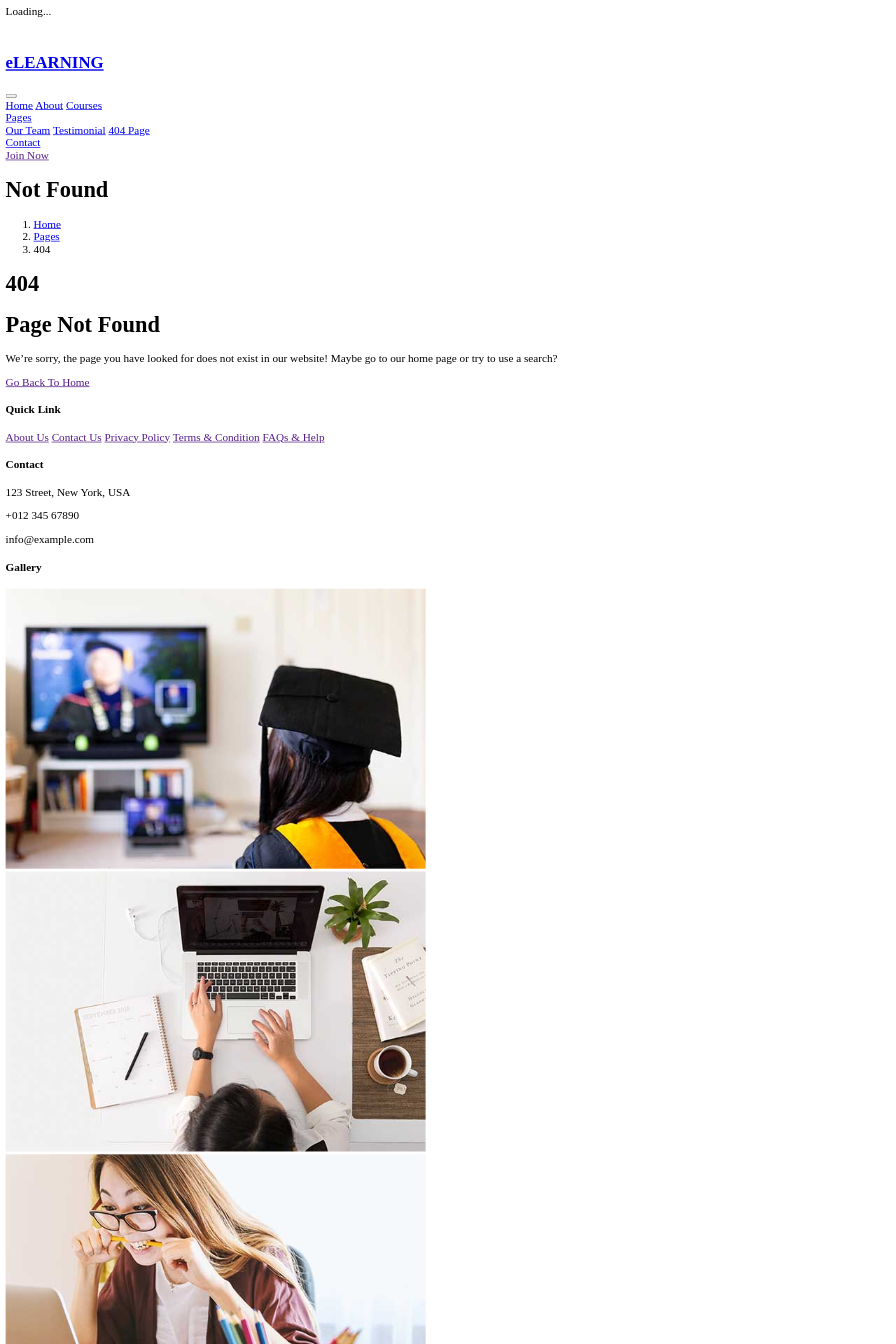
Repository: Arumugam2002/ARUMUGAM-TOPS-DAILY-TASKS
Page: http://localhost/404
An editor plug-in stored every save of this project. The page is shown before and after the next save, followed by the edit.
The browser window is 1280 px wide. The pictures show the part of the page from y = 0 to 1920 px (the page is 3460 px tall before and 1441 px after), at 70% of full size.
Some web fonts or font styles are not loaded; a fallback is used. Some web libraries are served in a nearby version. The page is this project's Thymeleaf template; nobody is signed in. The template is opened directly, without the code that normally fills it, so the values that code supplies are empty.

Above is the page before, as saved 2024-07-16 06:21:11.

### Java SpringBoot/Spring_Eclipse/SpringwithTemplate/src/main/resources/templates/404.html
<!DOCTYPE html>
<html lang="en">



<body>
    <!-- Spinner Start -->
    <div id="spinner" class="show bg-white position-fixed translate-middle w-100 vh-100 top-50 start-50 d-flex align-items-center justify-content-center">
        <div class="spinner-border text-primary" style="width: 3rem; height: 3rem;" role="status">
            <span class="sr-only">Loading...</span>
        </div>
    </div>
    <!-- Spinner End -->


    <!-- Navbar Start -->
    <nav class="navbar navbar-expand-lg bg-white navbar-light shadow sticky-top p-0">
        <a href="index.html" class="navbar-brand d-flex align-items-center px-4 px-lg-5">
            <h2 class="m-0 text-primary"><i class="fa fa-book me-3"></i>eLEARNING</h2>
        </a>
        <button type="button" class="navbar-toggler me-4" data-bs-toggle="collapse" data-bs-target="#navbarCollapse">
            <span class="navbar-toggler-icon"></span>
        </button>
        <div class="collapse navbar-collapse" id="navbarCollapse">
            <div class="navbar-nav ms-auto p-4 p-lg-0">
                <a href="index.html" class="nav-item nav-link">Home</a>
                <a href="about.html" class="nav-item nav-link">About</a>
                <a href="courses.html" class="nav-item nav-link">Courses</a>
                <div class="nav-item dropdown">
                    <a href="#" class="nav-link dropdown-toggle active" data-bs-toggle="dropdown">Pages</a>
                    <div class="dropdown-menu fade-down m-0">
                        <a href="team.html" class="dropdown-item">Our Team</a>
                        <a href="testimonial.html" class="dropdown-item">Testimonial</a>
                        <a href="404.html" class="dropdown-item active">404 Page</a>
                    </div>
                </div>
                <a href="contact.html" class="nav-item nav-link">Contact</a>
            </div>
            <a href="" class="btn btn-primary py-4 px-lg-5 d-none d-lg-block">Join Now<i class="fa fa-arrow-right ms-3"></i></a>
        </div>
    </nav>
    <!-- Navbar End -->


    <!-- Header Start -->
    <div class="container-fluid bg-primary py-5 mb-5 page-header">
        <div class="container py-5">
            <div class="row justify-content-center">
                <div class="col-lg-10 text-center">
                    <h1 class="display-3 text-white animated slideInDown">Not Found</h1>
                    <nav aria-label="breadcrumb">
                        <ol class="breadcrumb justify-content-center">
                            <li class="breadcrumb-item"><a class="text-white" href="#">Home</a></li>
                            <li class="breadcrumb-item"><a class="text-white" href="#">Pages</a></li>
                            <li class="breadcrumb-item text-white active" aria-current="page">404</li>
                        </ol>
                    </nav>
                </div>
            </div>
        </div>
    </div>
    <!-- Header End -->


    <!-- 404 Start -->
    <div class="container-xxl py-5 wow fadeInUp" data-wow-delay="0.1s">
        <div class="container text-center">
            <div class="row justify-content-center">
                <div class="col-lg-6">
                    <i class="bi bi-exclamation-triangle display-1 text-primary"></i>
                    <h1 class="display-1">404</h1>
                    <h1 class="mb-4">Page Not Found</h1>
                    <p class="mb-4">We’re sorry, the page you have looked for does not exist in our website! Maybe go to our home page or try to use a search?</p>
                    <a class="btn btn-primary rounded-pill py-3 px-5" href="">Go Back To Home</a>
                </div>
            </div>
        </div>
    </div>
    <!-- 404 End -->


    <!-- Footer Start -->
    <div class="container-fluid bg-dark text-light footer pt-5 mt-5 wow fadeIn" data-wow-delay="0.1s">
        <div class="container py-5">
            <div class="row g-5">
                <div class="col-lg-3 col-md-6">
                    <h4 class="text-white mb-3">Quick Link</h4>
                    <a class="btn btn-link" href="">About Us</a>
                    <a class="btn btn-link" href="">Contact Us</a>
                    <a class="btn btn-link" href="">Privacy Policy</a>
                    <a class="btn btn-link" href="">Terms & Condition</a>
                    <a class="btn btn-link" href="">FAQs & Help</a>
                </div>
                <div class="col-lg-3 col-md-6">
                    <h4 class="text-white mb-3">Contact</h4>
                    <p class="mb-2"><i class="fa fa-map-marker-alt me-3"></i>123 Street, New York, USA</p>
                    <p class="mb-2"><i class="fa fa-phone-alt me-3"></i>+012 345 67890</p>
                    <p class="mb-2"><i class="fa fa-envelope me-3"></i>info@example.com</p>
                    <div class="d-flex pt-2">
                        <a class="btn btn-outline-light btn-social" href=""><i class="fab fa-twitter"></i></a>
                        <a class="btn btn-outline-light btn-social" href=""><i class="fab fa-facebook-f"></i></a>
                        <a class="btn btn-outline-light btn-social" href=""><i class="fab fa-youtube"></i></a>
                        <a class="btn btn-outline-light btn-social" href=""><i class="fab fa-linkedin-in"></i></a>
                    </div>
                </div>
                <div class="col-lg-3 col-md-6">
                    <h4 class="text-white mb-3">Gallery</h4>
                    <div class="row g-2 pt-2">
                        <div class="col-4">
                            <img class="img-fluid bg-light p-1" src="img/course-1.jpg" alt="">
                        </div>
                        <div class="col-4">
                            <img class="img-fluid bg-light p-1" src="img/course-2.jpg" alt="">
                        </div>
                        <div class="col-4">
                            <img class="img-fluid bg-light p-1" src="img/course-3.jpg" alt="">
                        </div>
                        <div class="col-4">
                            <img class="img-fluid bg-light p-1" src="img/course-2.jpg" alt="">
                        </div>
                        <div class="col-4">
                            <img class="img-fluid bg-light p-1" src="img/course-3.jpg" alt="">
                        </div>
                        <div class="col-4">
                            <img class="img-fluid bg-light p-1" src="img/course-1.jpg" alt="">
                        </div>
                    </div>
                </div>
                <div class="col-lg-3 col-md-6">
                    <h4 class="text-white mb-3">Newsletter</h4>
                    <p>Dolor amet sit justo amet elitr clita ipsum elitr est.</p>
                    <div class="position-relative mx-auto" style="max-width: 400px;">
                        <input class="form-control border-0 w-100 py-3 ps-4 pe-5" type="text" placeholder="Your email">
                        <button type="button" class="btn btn-primary py-2 position-absolute top-0 end-0 mt-2 me-2">SignUp</button>
                    </div>
                </div>
            </div>
        </div>
        <div class="container">
            <div class="copyright">
                <div class="row">
                    <div class="col-md-6 text-center text-md-start mb-3 mb-md-0">
                        &copy; <a class="border-bottom" href="#">Your Site Name</a>, All Right Reserved.

                        <!--/*** This template is free as long as you keep the footer author’s credit link/attribution link/backlink. If you'd like to use the template without the footer author’s credit link/attribution link/backlink, you can purchase the Credit Removal License from "https://htmlcodex.com/credit-removal". Thank you for your support. ***/-->
                        Designed By <a class="border-bottom" href="https://htmlcodex.com">HTML Codex</a><br><br>
                        Distributed By <a class="border-bottom" href="https://themewagon.com">ThemeWagon</a>
                    </div>
                    <div class="col-md-6 text-center text-md-end">
                        <div class="footer-menu">
                            <a href="">Home</a>
                            <a href="">Cookies</a>
                            <a href="">Help</a>
                            <a href="">FQAs</a>
                        </div>
                    </div>
                </div>
            </div>
        </div>
    </div>
    <!-- Footer End -->


    <!-- Back to Top -->
    <a href="#" class="btn btn-lg btn-primary btn-lg-square back-to-top"><i class="bi bi-arrow-up"></i></a>


    <!-- JavaScript Libraries -->
    <script src="https://code.jquery.com/jquery-3.4.1.min.js"></script>
    <script src="https://cdn.jsdelivr.net/npm/bootstrap@5.0.0/dist/js/bootstrap.bundle.min.js"></script>
    <script src="lib/wow/wow.min.js"></script>
    <script src="lib/easing/easing.min.js"></script>
    <script src="lib/waypoints/waypoints.min.js"></script>
    <script src="lib/owlcarousel/owl.carousel.min.js"></script>

    <!-- Template Javascript -->
    <script src="js/main.js"></script>
</body>

</html>

### Java SpringBoot/Spring_Eclipse/SpringwithTemplate/src/main/resources/static/assets/js/main.js
(function ($) {
    "use strict";

    // Spinner
    var spinner = function () {
        setTimeout(function () {
            if ($('#spinner').length > 0) {
                $('#spinner').removeClass('show');
            }
        }, 1);
    };
    spinner();


    // Initiate the wowjs
    new WOW().init();


    // Sticky Navbar
    $(window).scroll(function () {
        if ($(this).scrollTop() > 300) {
            $('.sticky-top').css('top', '0px');
        } else {
            $('.sticky-top').css('top', '-100px');
        }
    });


    // Dropdown on mouse hover
    const $dropdown = $(".dropdown");
    const $dropdownToggle = $(".dropdown-toggle");
    const $dropdownMenu = $(".dropdown-menu");
    const showClass = "show";

    $(window).on("load resize", function() {
        if (this.matchMedia("(min-width: 992px)").matches) {
            $dropdown.hover(
            function() {
                const $this = $(this);
                $this.addClass(showClass);
                $this.find($dropdownToggle).attr("aria-expanded", "true");
                $this.find($dropdownMenu).addClass(showClass);
            },
            function() {
                const $this = $(this);
                $this.removeClass(showClass);
                $this.find($dropdownToggle).attr("aria-expanded", "false");
                $this.find($dropdownMenu).removeClass(showClass);
            }
            );
        } else {
            $dropdown.off("mouseenter mouseleave");
        }
    });


    // Back to top button
    $(window).scroll(function () {
        if ($(this).scrollTop() > 300) {
            $('.back-to-top').fadeIn('slow');
        } else {
            $('.back-to-top').fadeOut('slow');
        }
    });
    $('.back-to-top').click(function () {
        $('html, body').animate({scrollTop: 0}, 1500, 'easeInOutExpo');
        return false;
    });


    // Header carousel
    $(".header-carousel").owlCarousel({
        autoplay: true,
        smartSpeed: 1500,
        items: 1,
        dots: false,
        loop: true,
        nav : true,
        navText : [
            '<i class="bi bi-chevron-left"></i>',
            '<i class="bi bi-chevron-right"></i>'
        ]
    });


    // Testimonials carousel
    $(".testimonial-carousel").owlCarousel({
        autoplay: true,
        smartSpeed: 1000,
        center: true,
        margin: 24,
        dots: true,
        loop: true,
        nav : false,
        responsive: {
            0:{
                items:1
            },
            768:{
                items:2
            },
            992:{
                items:3
            }
        }
    });

})(jQuery);

### Java SpringBoot/Spring_Eclipse/SpringwithTemplate/src/main/resources/templates/fragments/head.html
<html lang="en">

<head lang="en" xmlns:th="http://www.thymeleaf.org">
    <meta charset="utf-8">
    <title>Simple Learning</title>
    <meta content="width=device-width, initial-scale=1.0" name="viewport">
    <meta content="" name="keywords">
    <meta content="" name="description">

    <!-- Favicon -->
    <link href="img/favicon.ico" rel="icon">

    <!-- Google Web Fonts -->
    <link rel="preconnect" href="https://fonts.googleapis.com">
    <link rel="preconnect" href="https://fonts.gstatic.com" crossorigin>
    <link href="https://fonts.googleapis.com/css2?family=Heebo:wght@400;500;600&family=Nunito:wght@600;700;800&display=swap" rel="stylesheet">

    <!-- Icon Font Stylesheet -->
    <link href="https://cdnjs.cloudflare.com/ajax/libs/font-awesome/5.10.0/css/all.min.css" rel="stylesheet">
    <link href="https://cdn.jsdelivr.net/npm/bootstrap-icons@1.4.1/font/bootstrap-icons.css" rel="stylesheet">

    <!-- Libraries Stylesheet -->
    <link href="assets/lib/animate/animate.min.css" rel="stylesheet">
    <link href="assets/lib/owlcarousel/assets/owl.carousel.min.css" rel="stylesheet">

    <!-- Customized Bootstrap Stylesheet -->
    <link href="assets/css/bootstrap.min.css" rel="stylesheet">

    <!-- Template Stylesheet -->
    <link href="assets/css/style.css" rel="stylesheet">
</head>

</html>

### Java SpringBoot/Spring_Eclipse/SpringwithTemplate/src/main/resources/static/assets/css/style.css
/********** Template CSS **********/
:root {
    --primary: #06BBCC;
    --light: #F0FBFC;
    --dark: #181d38;
}

.fw-medium {
    font-weight: 600 !important;
}

.fw-semi-bold {
    font-weight: 700 !important;
}

.back-to-top {
    position: fixed;
    display: none;
    right: 45px;
    bottom: 45px;
    z-index: 99;
}


/*** Spinner ***/
#spinner {
    opacity: 0;
    visibility: hidden;
    transition: opacity .5s ease-out, visibility 0s linear .5s;
    z-index: 99999;
}

#spinner.show {
    transition: opacity .5s ease-out, visibility 0s linear 0s;
    visibility: visible;
    opacity: 1;
}


/*** Button ***/
.btn {
    font-family: 'Nunito', sans-serif;
    font-weight: 600;
    transition: .5s;
}

.btn.btn-primary,
.btn.btn-secondary {
    color: #FFFFFF;
}

.btn-square {
    width: 38px;
    height: 38px;
}

.btn-sm-square {
    width: 32px;
    height: 32px;
}

.btn-lg-square {
    width: 48px;
    height: 48px;
}

.btn-square,
.btn-sm-square,
.btn-lg-square {
    padding: 0;
    display: flex;
    align-items: center;
    justify-content: center;
    font-weight: normal;
    border-radius: 0px;
}


/*** Navbar ***/
.navbar .dropdown-toggle::after {
    border: none;
    content: "\f107";
    font-family: "Font Awesome 5 Free";
    font-weight: 900;
    vertical-align: middle;
    margin-left: 8px;
}

.navbar-light .navbar-nav .nav-link {
    margin-right: 30px;
    padding: 25px 0;
    color: #FFFFFF;
    font-size: 15px;
    text-transform: uppercase;
    outline: none;
}

.navbar-light .navbar-nav .nav-link:hover,
.navbar-light .navbar-nav .nav-link.active {
    color: var(--primary);
}

@media (max-width: 991.98px) {
    .navbar-light .navbar-nav .nav-link  {
        margin-right: 0;
        padding: 10px 0;
    }

    .navbar-light .navbar-nav {
        border-top: 1px solid #EEEEEE;
    }
}

.navbar-light .navbar-brand,
.navbar-light a.btn {
    height: 75px;
}

.navbar-light .navbar-nav .nav-link {
    color: var(--dark);
    font-weight: 500;
}

.navbar-light.sticky-top {
    top: -100px;
    transition: .5s;
}

@media (min-width: 992px) {
    .navbar .nav-item .dropdown-menu {
        display: block;
        margin-top: 0;
        opacity: 0;
        visibility: hidden;
        transition: .5s;
    }

    .navbar .dropdown-menu.fade-down {
        top: 100%;
        transform: rotateX(-75deg);
        transform-origin: 0% 0%;
    }

    .navbar .nav-item:hover .dropdown-menu {
        top: 100%;
        transform: rotateX(0deg);
        visibility: visible;
        transition: .5s;
        opacity: 1;
    }
}


/*** Header carousel ***/
@media (max-width: 768px) {
    .header-carousel .owl-carousel-item {
        position: relative;
        min-height: 500px;
    }

    .header-carousel .owl-carousel-item img {
        position: absolute;
        width: 100%;
        height: 100%;
        object-fit: cover;
    }
}

.header-carousel .owl-nav {
    position: absolute;
    top: 50%;
    right: 8%;
    transform: translateY(-50%);
    display: flex;
    flex-direction: column;
}

.header-carousel .owl-nav .owl-prev,
.header-carousel .owl-nav .owl-next {
    margin: 7px 0;
    width: 45px;
    height: 45px;
    display: flex;
    align-items: center;
    justify-content: center;
    color: #FFFFFF;
    background: transparent;
    border: 1px solid #FFFFFF;
    font-size: 22px;
    transition: .5s;
}

.header-carousel .owl-nav .owl-prev:hover,
.header-carousel .owl-nav .owl-next:hover {
    background: var(--primary);
    border-color: var(--primary);
}

.page-header {
    background: linear-gradient(rgba(24, 29, 56, .7), rgba(24, 29, 56, .7)), url(../img/carousel-1.jpg);
    background-position: center center;
    background-repeat: no-repeat;
    background-size: cover;
}

.page-header-inner {
    background: rgba(15, 23, 43, .7);
}

.breadcrumb-item + .breadcrumb-item::before {
    color: var(--light);
}


/*** Section Title ***/
.section-title {
    position: relative;
    display: inline-block;
    text-transform: uppercase;
}

.section-title::before {
    position: absolute;
    content: "";
    width: calc(100% + 80px);
    height: 2px;
    top: 4px;
    left: -40px;
    background: var(--primary);
    z-index: -1;
}

.section-title::after {
    position: absolute;
    content: "";
    width: calc(100% + 120px);
    height: 2px;
    bottom: 5px;
    left: -60px;
    background: var(--primary);
    z-index: -1;
}

.section-title.text-start::before {
    width: calc(100% + 40px);
    left: 0;
}

.section-title.text-start::after {
    width: calc(100% + 60px);
    left: 0;
}


/*** Service ***/
.service-item {
    background: var(--light);
    transition: .5s;
}

.service-item:hover {
    margin-top: -10px;
    background: var(--primary);
}

.service-item * {
    transition: .5s;
}

.service-item:hover * {
    color: var(--light) !important;
}


/*** Categories & Courses ***/
.category img,
.course-item img {
    transition: .5s;
}

.category a:hover img,
.course-item:hover img {
    transform: scale(1.1);
}


/*** Team ***/
.team-item img {
    transition: .5s;
}

.team-item:hover img {
    transform: scale(1.1);
}


/*** Testimonial ***/
.testimonial-carousel::before {
    position: absolute;
    content: "";
    top: 0;
    left: 0;
    height: 100%;
    width: 0;
    background: linear-gradient(to right, rgba(255, 255, 255, 1) 0%, rgba(255, 255, 255, 0) 100%);
    z-index: 1;
}

.testimonial-carousel::after {
    position: absolute;
    content: "";
    top: 0;
    right: 0;
    height: 100%;
    width: 0;
    background: linear-gradient(to left, rgba(255, 255, 255, 1) 0%, rgba(255, 255, 255, 0) 100%);
    z-index: 1;
}

@media (min-width: 768px) {
    .testimonial-carousel::before,
    .testimonial-carousel::after {
        width: 200px;
    }
}

@media (min-width: 992px) {
    .testimonial-carousel::before,
    .testimonial-carousel::after {
        width: 300px;
    }
}

.testimonial-carousel .owl-item .testimonial-text,
.testimonial-carousel .owl-item.center .testimonial-text * {
    transition: .5s;
}

.testimonial-carousel .owl-item.center .testimonial-text {
    background: var(--primary) !important;
}

.testimonial-carousel .owl-item.center .testimonial-text * {
    color: #FFFFFF !important;
}

.testimonial-carousel .owl-dots {
    margin-top: 24px;
    display: flex;
    align-items: flex-end;
    justify-content: center;
}

.testimonial-carousel .owl-dot {
    position: relative;
    display: inline-block;
    margin: 0 5px;
    width: 15px;
    height: 15px;
    border: 1px solid #CCCCCC;
    transition: .5s;
}

.testimonial-carousel .owl-dot.active {
    background: var(--primary);
    border-color: var(--primary);
}


/*** Footer ***/
.footer .btn.btn-social {
    margin-right: 5px;
    width: 35px;
    height: 35px;
    display: flex;
    align-items: center;
    justify-content: center;
    color: var(--light);
    font-weight: normal;
    border: 1px solid #FFFFFF;
    border-radius: 35px;
    transition: .3s;
}

.footer .btn.btn-social:hover {
    color: var(--primary);
}

.footer .btn.btn-link {
    display: block;
    margin-bottom: 5px;
    padding: 0;
    text-align: left;
    color: #FFFFFF;
    font-size: 15px;
    font-weight: normal;
    text-transform: capitalize;
    transition: .3s;
}

.footer .btn.btn-link::before {
    position: relative;
    content: "\f105";
    font-family: "Font Awesome 5 Free";
    font-weight: 900;
    margin-right: 10px;
}

.footer .btn.btn-link:hover {
    letter-spacing: 1px;
    box-shadow: none;
}

.footer .copyright {
    padding: 25px 0;
    font-size: 15px;
    border-top: 1px solid rgba(256, 256, 256, .1);
}

.footer .copyright a {
    color: var(--light);
}

.footer .footer-menu a {
    margin-right: 15px;
    padding-right: 15px;
    border-right: 1px solid rgba(255, 255, 255, .1);
}

.footer .footer-menu a:last-child {
    margin-right: 0;
    padding-right: 0;
    border-right: none;
}

Loaded but not shown: Java SpringBoot/Spring_Eclipse/SpringwithTemplate/src/main/resources/static/assets/lib/wow/wow.min.js (library); Java SpringBoot/Spring_Eclipse/SpringwithTemplate/src/main/resources/static/assets/lib/easing/easing.min.js (common file); Java SpringBoot/Spring_Eclipse/SpringwithTemplate/src/main/resources/static/assets/lib/waypoints/waypoints.min.js (library); Java SpringBoot/Spring_Eclipse/SpringwithTemplate/src/main/resources/static/assets/lib/owlcarousel/owl.carousel.min.js (library); Java SpringBoot/Spring_Eclipse/SpringwithTemplate/src/main/resources/static/assets/lib/animate/animate.min.css (library); Java SpringBoot/Spring_Eclipse/SpringwithTemplate/src/main/resources/static/assets/lib/owlcarousel/assets/owl.carousel.min.css (common file); Java SpringBoot/Spring_Eclipse/SpringwithTemplate/src/main/resources/static/assets/css/bootstrap.min.css (library)

After the next save:
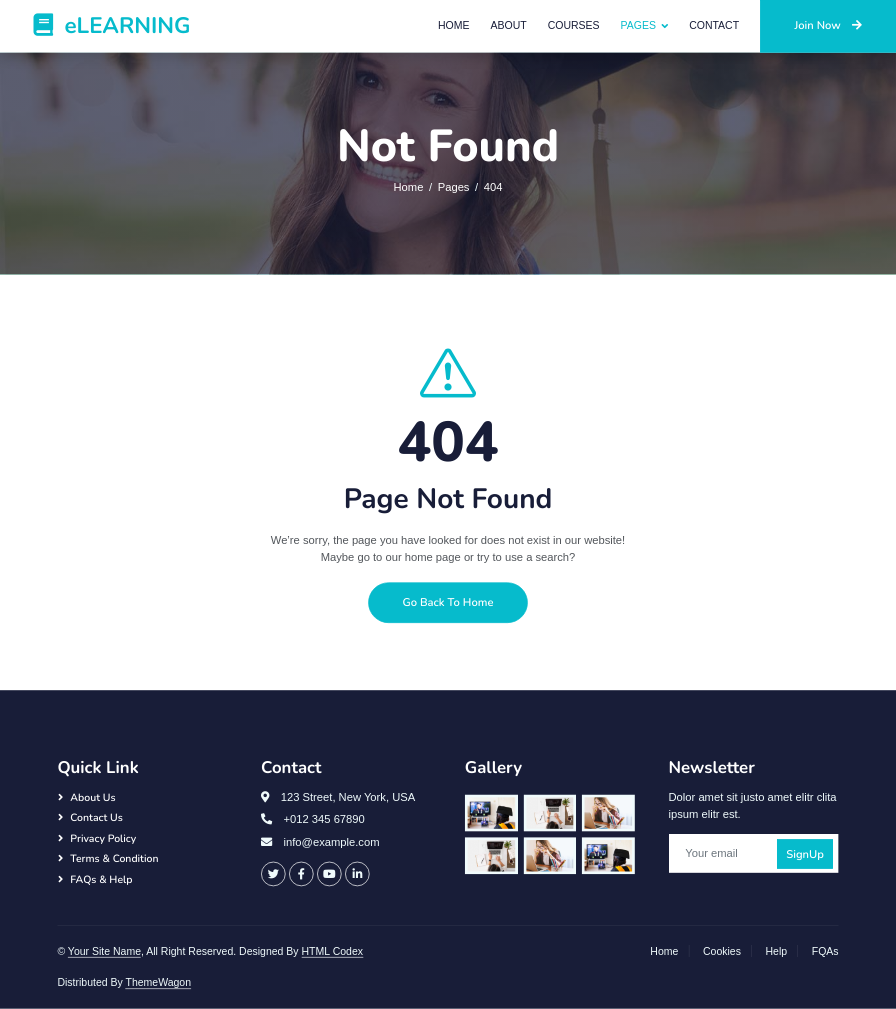
Saved 20 s later.
--- a/Java SpringBoot/Spring_Eclipse/SpringwithTemplate/src/main/resources/templates/404.html
+++ b/Java SpringBoot/Spring_Eclipse/SpringwithTemplate/src/main/resources/templates/404.html
@@ -1,6 +1,6 @@
 <!DOCTYPE html>
 <html lang="en">
-
+	<head th:replace="/fragments/head :: head"></head>
 
 
 <body>
